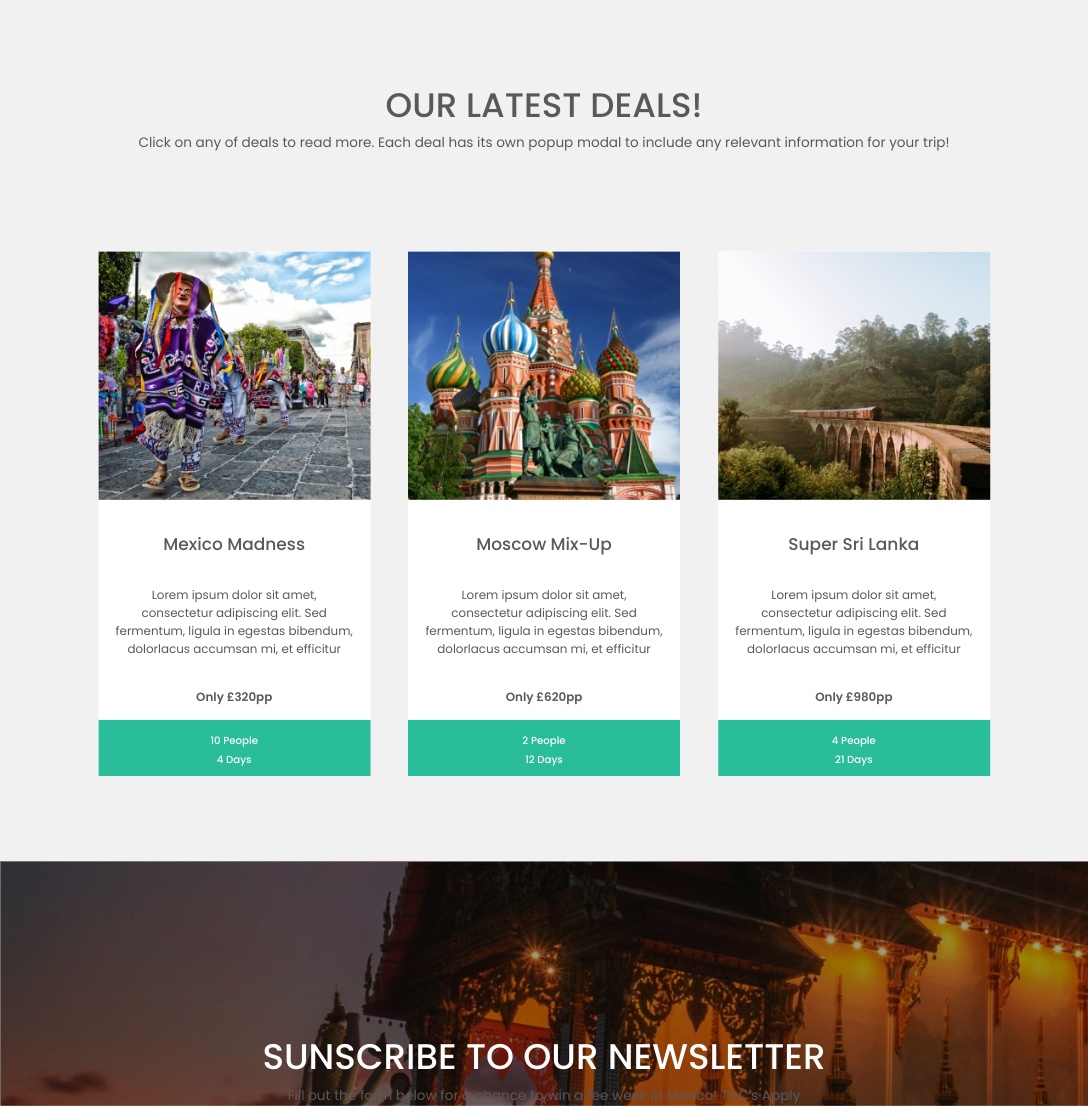
Repository: cobyfoster99/Interactive-frontend-project
Page: index.html
The author's editor kept a record of every edit. The page is drawn from the files as they stood at one moment, then again after the next edit.
The browser window is 1280 px wide. The pictures show the whole page, at 85% of full size.

Above is the page before.
Console error (its wording comes from the project's code and is left out).

After the next edit:
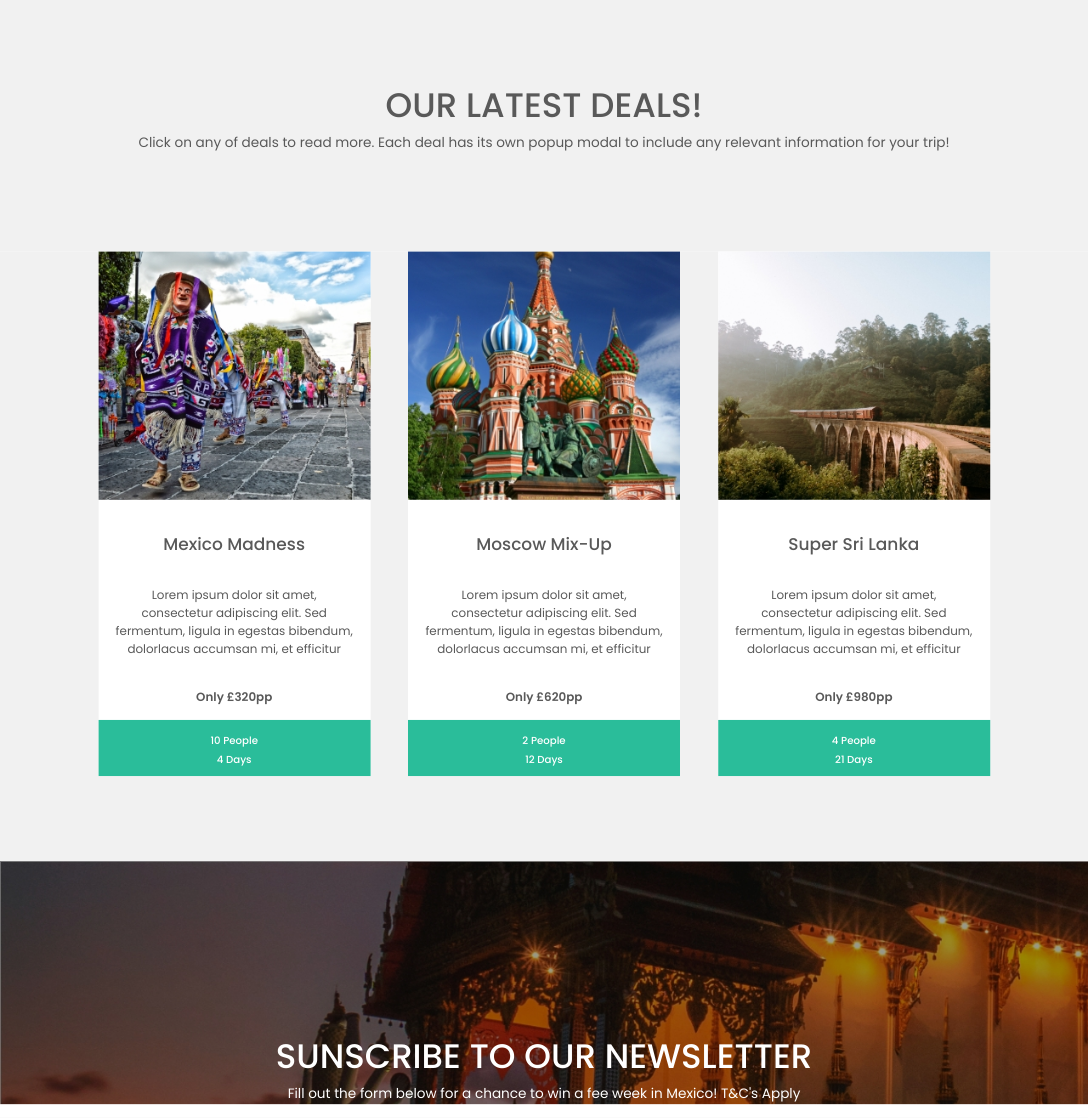
The edit:
--- a/assets/css/style.css
+++ b/assets/css/style.css
@@ -102,7 +102,7 @@
  {
     color: white;
 }
-.newsletter-h1 {
-    font-size: 42px;
+.newsletter-h1,
+.newsletter-p {
     color: white;
 }
